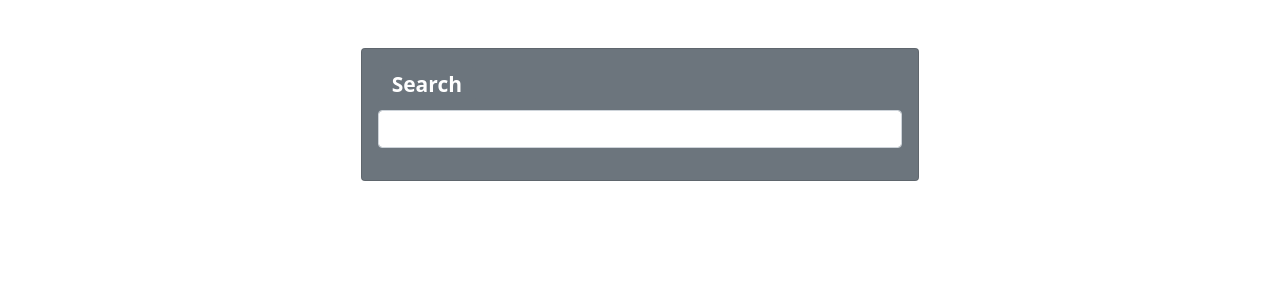
Repository: Hits-95/Spring
Page: http://localhost/SpringMVC_Search/home
These files come from the project's save history. The page is drawn as it stood at one moment and after the next save; the edit follows.
The browser window is 1280 px wide. The pictures show the whole page.
The page is served by Tomcat 9.

Above is the page before, as saved 2021-04-10 07:03:05.

After the next save:
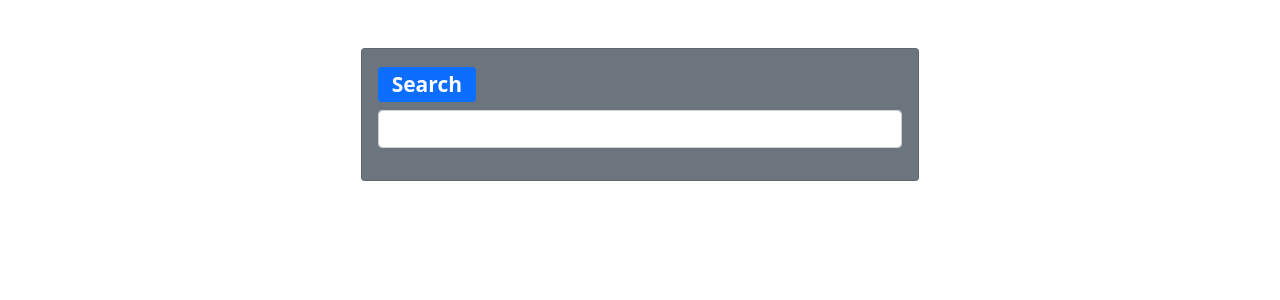
Saved 7 s later.
--- a/SpringMVC_Search/src/main/webapp/WEB-INF/views/home.jsp
+++ b/SpringMVC_Search/src/main/webapp/WEB-INF/views/home.jsp
@@ -15,7 +15,7 @@
 				<form action="">
 					<div class="mb-3">
 						<label for="search" class="form-primary"><h3>
-								<span class="badge bg-secondary"> Search</span>
+								<span class="badge bg-primary"> Search</span>
 							</h3></label> <input type="text" class="form-control" id="querybox"
 							name="querybox" aria-describedby="emailHelp">
 
